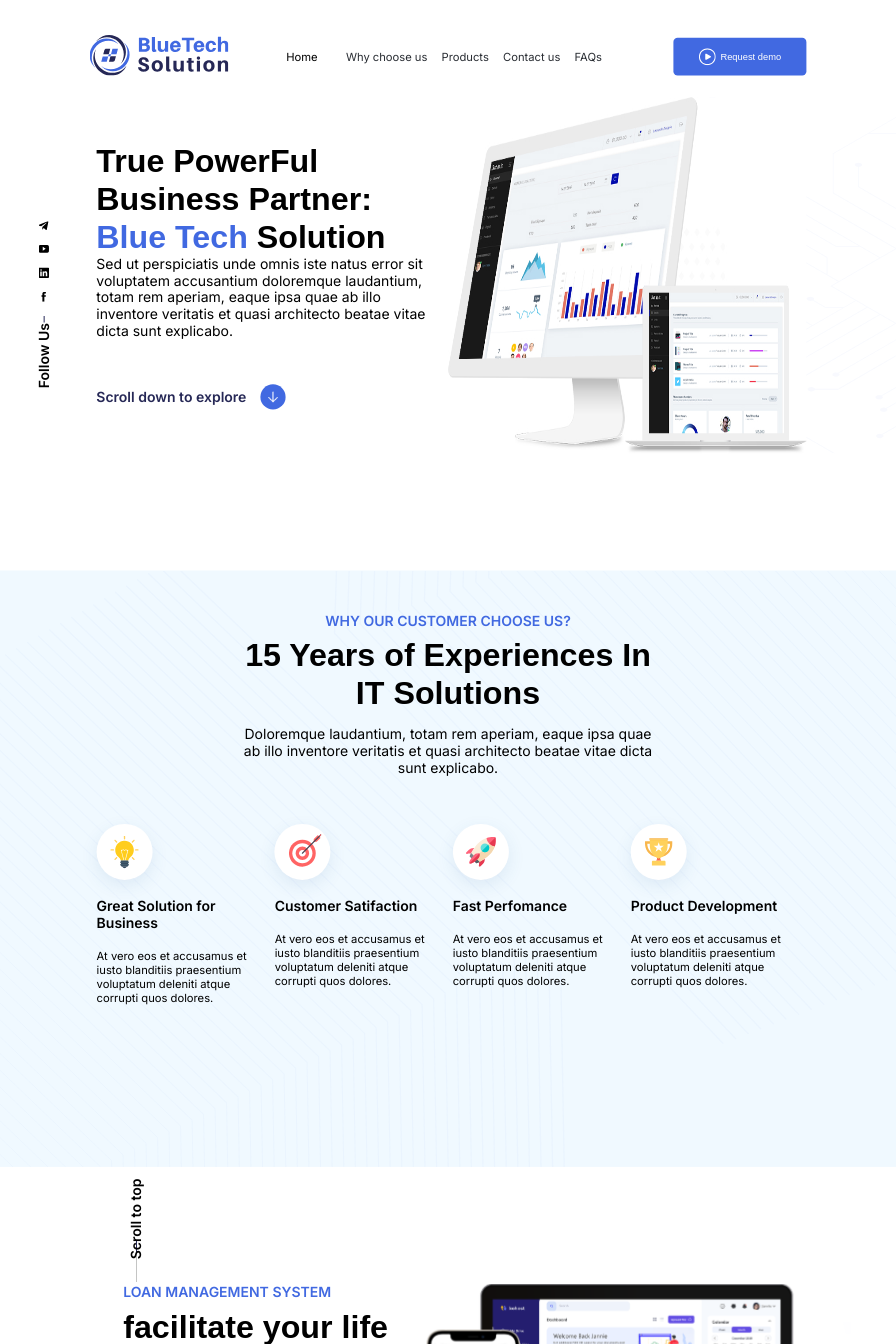
Repository: Chamsmey/static-html-css
Page: index.html
The author's editor kept a copy of each file at every save. The page is drawn from the files as they stood at one save, then again after the next save.
The browser window is 1280 px wide. The pictures show the part of the page from y = 0 to 1920 px (the page is 3034 px tall), at 70% of full size.
Some web fonts or font styles are not loaded; a fallback is used.

Above is the page before, as saved 2022-11-15 15:48:19.

After the next save:
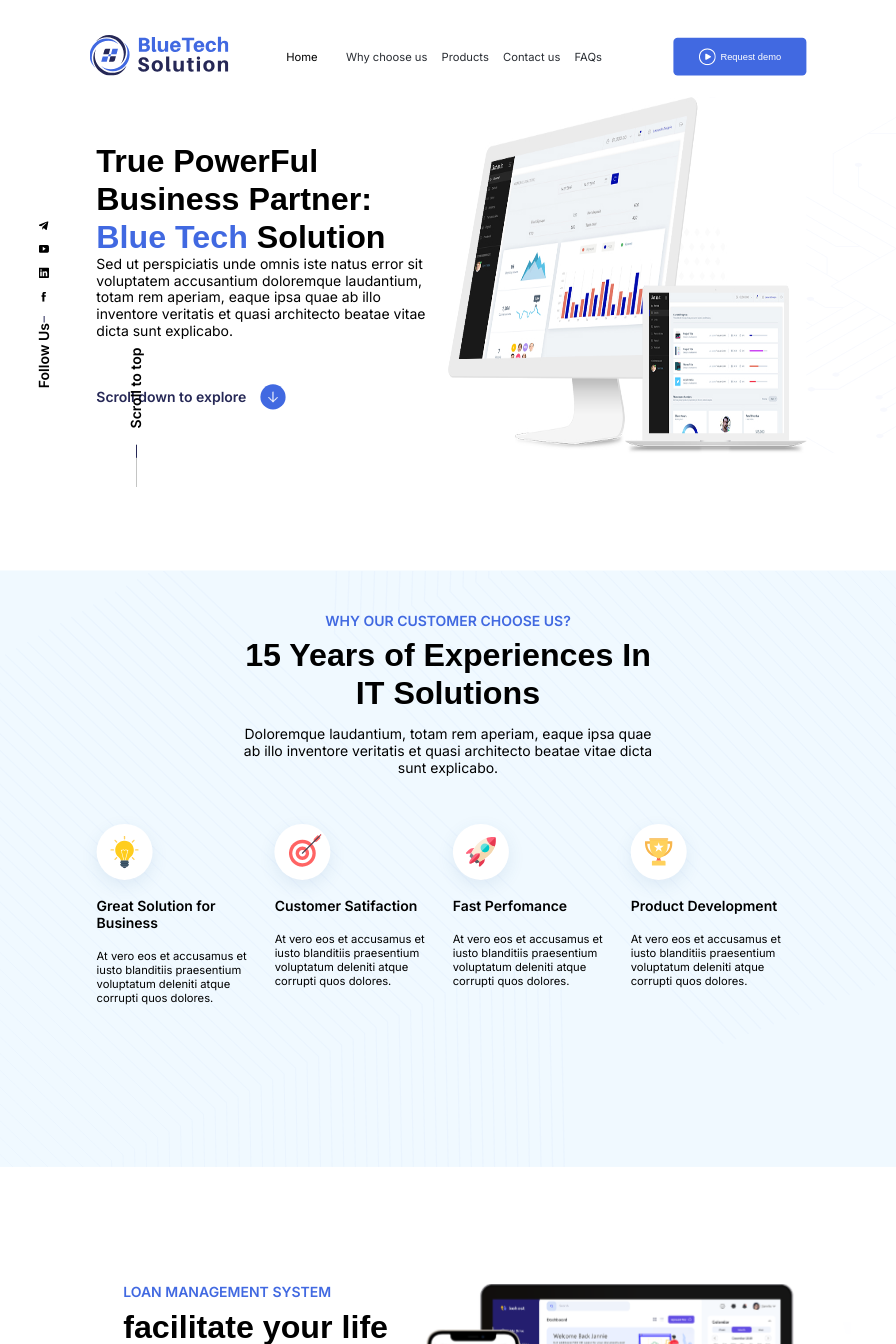
Saved 10 s later.
--- a/css/style.css
+++ b/css/style.css
@@ -367,7 +367,7 @@ height: 300px;
 }
 
 .scroll_bar{
-  position: sticky;
+  position: fixed;
   display: flex;
 
   flex-direction: column;
